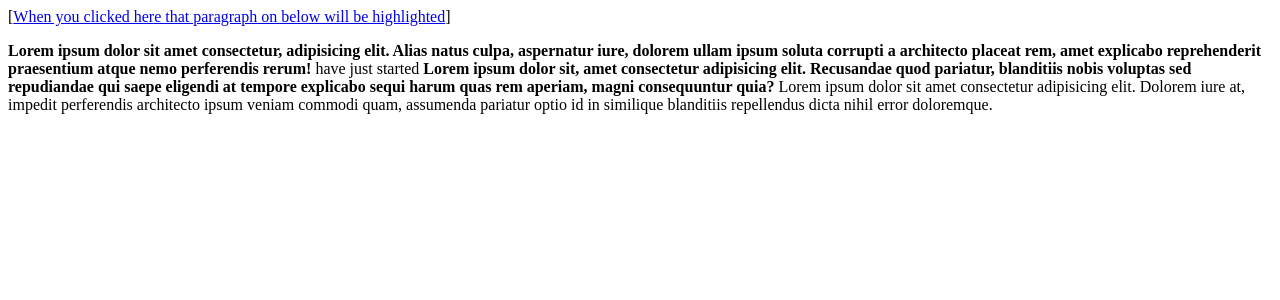
Repository: HoangDuy315/web-dev2022
Page: hw151022/ex2/ex2.5/index.html
The author's editor kept a copy of each file at every save. The page is drawn from the files as they stood at one save, then again after the next save.
The browser window is 1280 px wide. The pictures show the whole page.

Above is the page before, as saved 2022-10-15 15:28:11.

### hw151022/ex2/ex2.5/index.html
<html lang="en">
  <head>
    <meta charset="UTF-8" />
    <meta http-equiv="X-UA-Compatible" content="IE=edge" />
    <meta name="viewport" content="width=device-width, initial-scale=1.0" />
    <title>Document</title>
  </head>
  <body>
    <p>
      [<a href="#" onMouseOver="highlight()" onMouseOut="return_normal()"
        >When you clicked here that paragraph on below will be highlighted</a
      >]
    </p>
    <p>
      <strong
        >Lorem ipsum dolor sit amet consectetur, adipisicing elit. Alias natus
        culpa, aspernatur iure, dolorem ullam ipsum soluta corrupti a architecto
        placeat rem, amet explicabo reprehenderit praesentium atque nemo
        perferendis rerum!</strong
      >
      have just started
      <strong
        >Lorem ipsum dolor sit, amet consectetur adipisicing elit. Recusandae
        quod pariatur, blanditiis nobis voluptas sed repudiandae qui saepe
        eligendi at tempore explicabo sequi harum quas rem aperiam, magni
        consequuntur quia?</strong
      >
      Lorem ipsum dolor sit amet consectetur adipisicing elit. Dolorem iure at,
      impedit perferendis architecto ipsum veniam commodi quam, assumenda
      pariatur optio id in similique blanditiis repellendus dicta nihil error
      doloremque.
    </p>
  </body>

  <script src="./index.js"></script>
</html>

### hw151022/ex2/ex2.5/index.js
var bold_Items;
window.onload = getBold_items();

// Collect all <strong> tags
function getBold_items() {
  bold_Items = document.getElementsByTagName("strong");
}
// iterate all bold tags and change color
function highlight() {
  for (var i = 0; i < bold_Items.length; i++) {
    bold_Items[i].style.color = "green";
  }
}

// On mouse out highlighted words become black
function return_normal() {
  for (var i = 0; i < bold_Items.length; i++) {
    bold_Items[i].style.color = "black";
  }
}

After the next save:
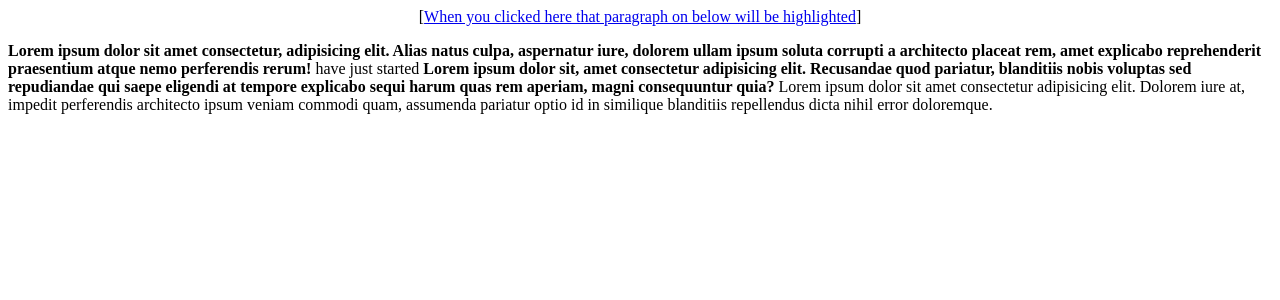
Saved 21 s later.
--- a/hw151022/ex2/ex2.5/index.html
+++ b/hw151022/ex2/ex2.5/index.html
@@ -6,7 +6,7 @@
     <title>Document</title>
   </head>
   <body>
-    <p>
+    <p style="text-align: center">
       [<a href="#" onMouseOver="highlight()" onMouseOut="return_normal()"
         >When you clicked here that paragraph on below will be highlighted</a
       >]
